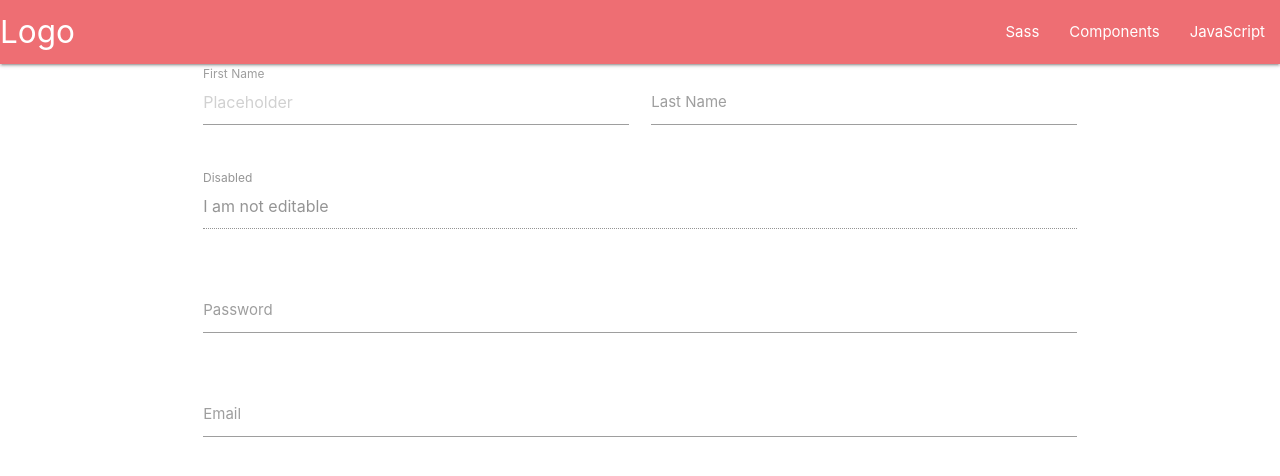
Repository: RavinakS/signup-page-html-js
Page: index.html
The author's editor kept a copy of each file at every save. The page is drawn from the files as they stood at one save, then again after the next save.
The browser window is 1280 px wide. The pictures show the whole page.

Above is the page before, as saved 2021-12-13 11:11:57.

After the next save:
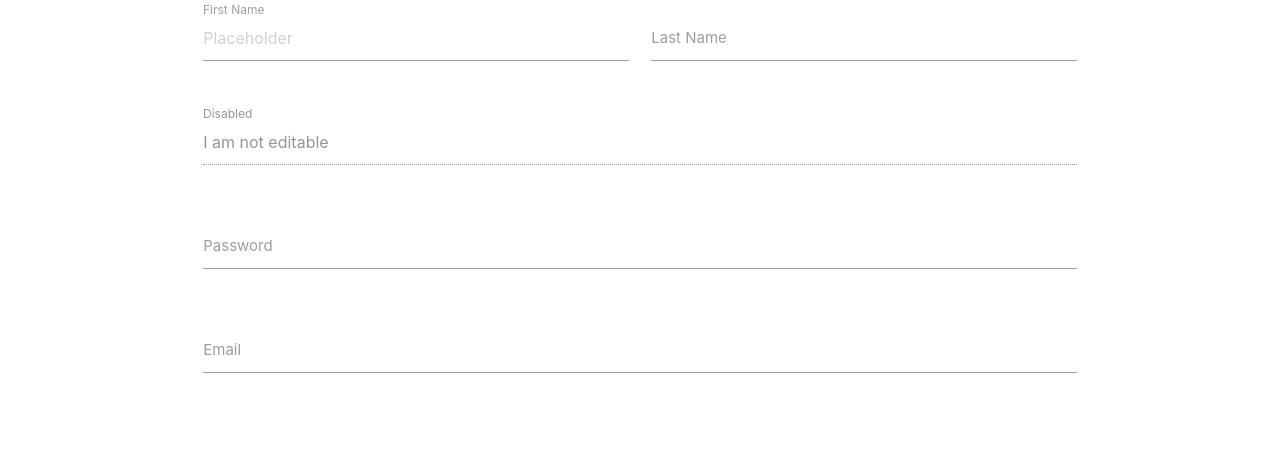
Saved 23 s later.
--- a/index.html
+++ b/index.html
@@ -8,17 +8,6 @@
     <title>Document</title>
     <link rel="stylesheet" href="https://cdnjs.cloudflare.com/ajax/libs/materialize/1.0.0/css/materialize.min.css">
     <script src="https://cdnjs.cloudflare.com/ajax/libs/materialize/1.0.0/js/materialize.min.js"></script>
-
-    <nav>
-        <div class="nav-wrapper">
-          <a href="#" class="brand-logo">Logo</a>
-          <ul id="nav-mobile" class="right hide-on-med-and-down">
-            <li><a href="sass.html">Sass</a></li>
-            <li><a href="badges.html">Components</a></li>
-            <li><a href="collapsible.html">JavaScript</a></li>
-          </ul>
-        </div>
-      </nav>
 
 </head>
 <body>

After the save that followed:
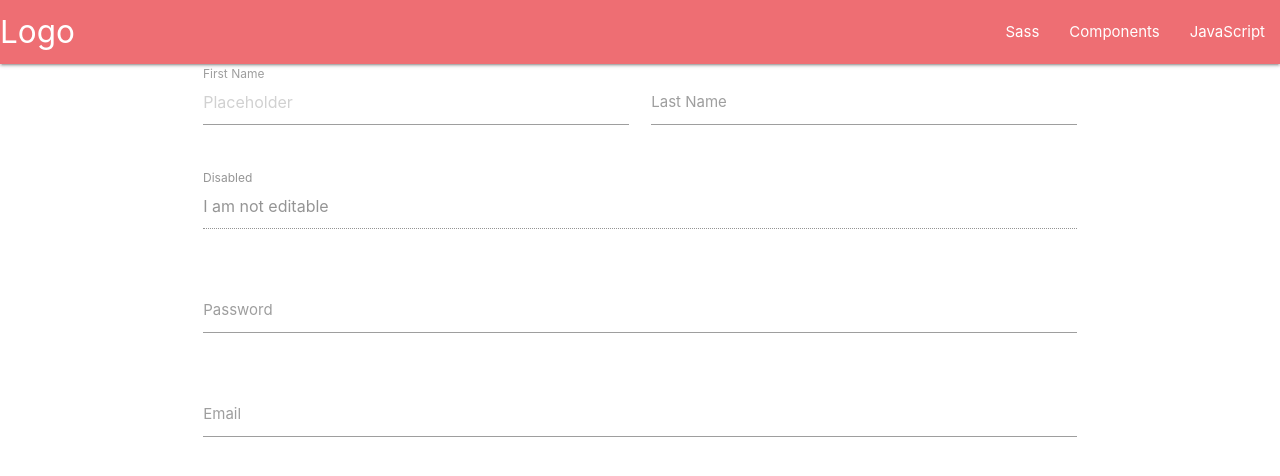
Saved 5 s later.
--- a/index.html
+++ b/index.html
@@ -11,6 +11,16 @@
 
 </head>
 <body>
+    <nav>
+        <div class="nav-wrapper">
+          <a href="#" class="brand-logo">Logo</a>
+          <ul id="nav-mobile" class="right hide-on-med-and-down">
+            <li><a href="sass.html">Sass</a></li>
+            <li><a href="badges.html">Components</a></li>
+            <li><a href="collapsible.html">JavaScript</a></li>
+          </ul>
+        </div>
+      </nav>
     <div class="container">
         <div class="row">
             <form class="col s12">
